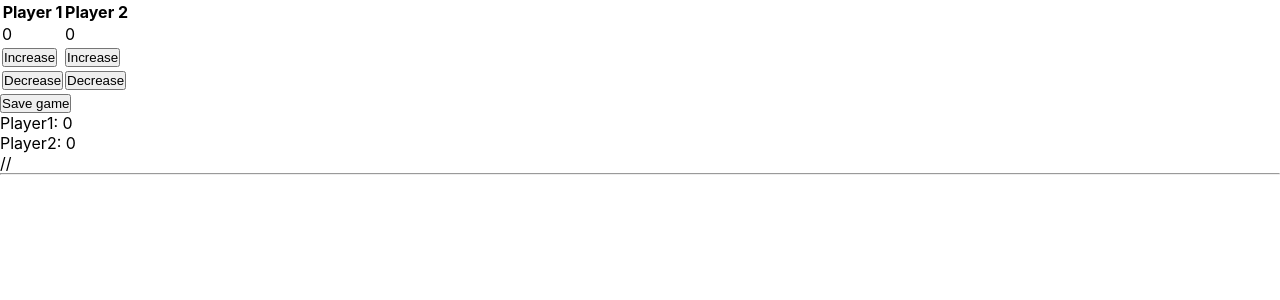
Repository: react-for-web-developers/02-intro-to-react
Page: / (app in exercises/score-counter/), after clicking the first element matching `div > button`
The author's editor kept a copy of each file at every save. The page is drawn from the files as they stood at one save, then again after a run of saves.
The browser window is 1280 px wide. The pictures show the whole page.
The project was rebuilt for these pictures with package versions that can differ from the ones it lists, and the page was loaded fresh each time.

Above is the page before, as saved 2021-10-13 22:14:27.

### exercises/score-counter/src/App.js
import "./App.css";
import { useState } from "react";

function App() {
  const [count1, setCount1] = useState(0);
  const [count2, setCount2] = useState(0);
  const [results, setResults] = useState([]);

  const increase1 = () => setCount1(count1 + 1);

  const increase2 = () => setCount2(count2 + 1);

  const decrease1 = () => setCount1(count1 - 1);

  const decrease2 = () => setCount2(count2 - 1);

  const saveGame = () => {
    setResults([
      ...results,
      {
        count1,
        count2,
      },
    ]);
    //setResults(count1)

    setCount1(0);
    setCount2(0);
    console.log(results);
  };

  return (
    <div>
      <table>
        <tbody>
          <tr>
            <th>Player 1</th>
            <th>Player 2</th>
          </tr>
          <tr>
            <td>{count1}</td>
            <td>{count2}</td>
          </tr>
          <tr>
            <td>
              <button onClick={increase1}>Increase</button>
            </td>
            <td>
              <button onClick={increase2}>Increase</button>
            </td>
          </tr>
          <tr>
            <td>
              <button onClick={decrease1}>Decrease</button>
            </td>
            <td>
              <button onClick={decrease2}>Decrease</button>
            </td>
          </tr>
        </tbody>
      </table>
      <button onClick={saveGame}>Save game</button>
      <div>
        {results.map(({count1, count2})=>(
          <div>
            <div>Player1: {count1}</div>
            <div>Player2: {count2}</div>
            //<hr />
          </div>
        ))}
      </div>
    </div>
  );
}

export default App;

Loaded but not shown: exercises/score-counter/public/index.html (common file); exercises/score-counter/src/index.js (common file); exercises/score-counter/src/index.css (common file); exercises/score-counter/src/reportWebVitals.js (common file); exercises/score-counter/src/App.css (common file)

After the next 2 saves:
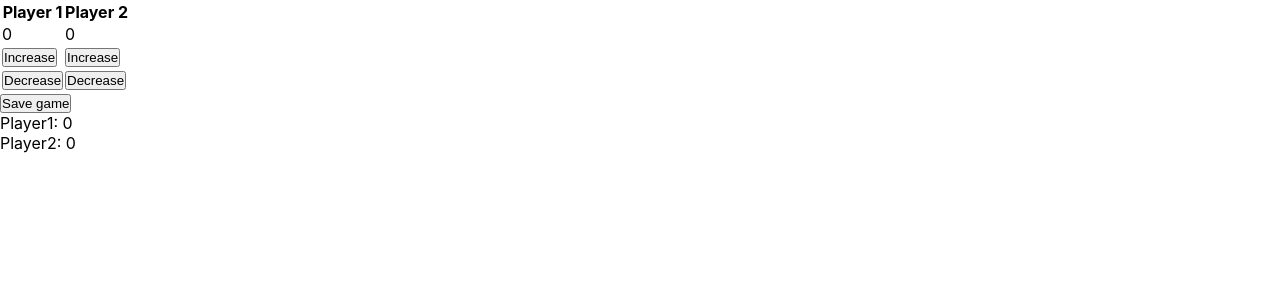
The 2 saves are shown as one change because they came seconds apart.
The last was saved 7 s later.
--- a/exercises/score-counter/src/App.js
+++ b/exercises/score-counter/src/App.js
@@ -65,7 +65,7 @@ function App() {
           <div>
             <div>Player1: {count1}</div>
             <div>Player2: {count2}</div>
-            //<hr />
+
           </div>
         ))}
       </div>
